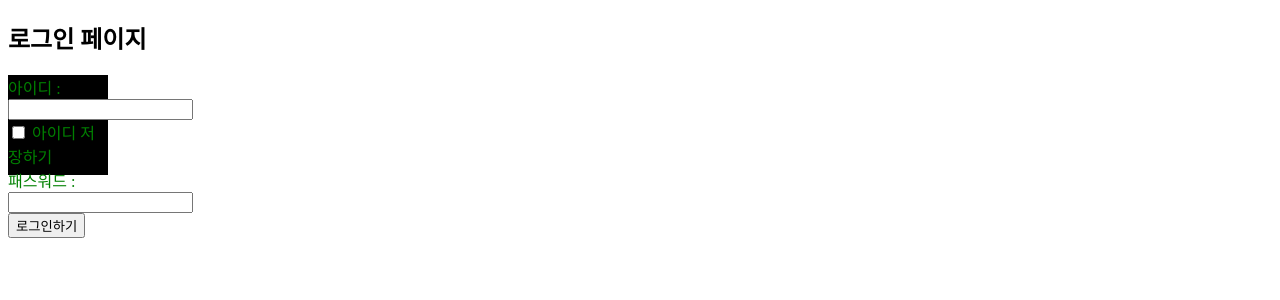
Repository: Park-Dongheon/Servlet-JSP_Training
Page: http://localhost/MustHaveJSP/05JDBC/IdSaveMain.jsp
The author's editor kept a copy of each file at every save. The page is drawn from the files as they stood at one save, then again after the next save.
The browser window is 1280 px wide. The pictures show the whole page.
The page is served by Tomcat 10.

Above is the page before, as saved 2024-06-13 07:33:44.

After the next save:
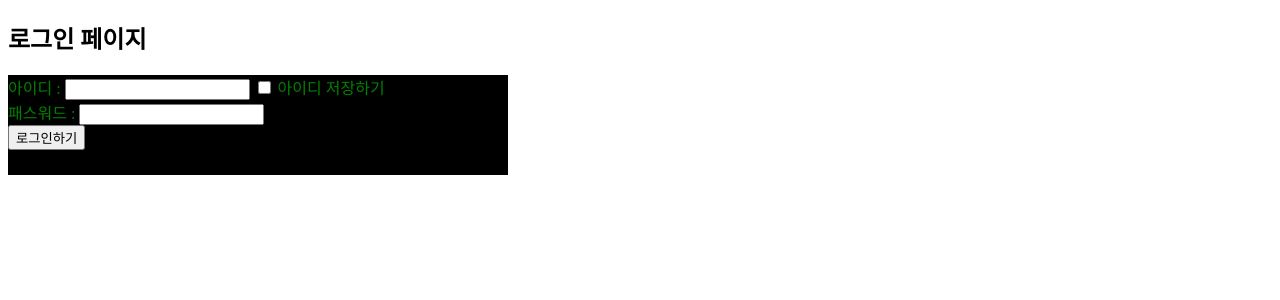
Saved 8 s later.
--- a/MustHaveJSP/src/main/webapp/05JDBC/IdSaveMain.jsp
+++ b/MustHaveJSP/src/main/webapp/05JDBC/IdSaveMain.jsp
@@ -17,7 +17,7 @@ if (!loginId.equals("")) {
 <style>
 	form {
 		top:100px; left:100px; color:green;
-		width:100px; height:100px; background-color:black;
+		width:500px; height:100px; background-color:black;
 	}
 </style>
 </head>
